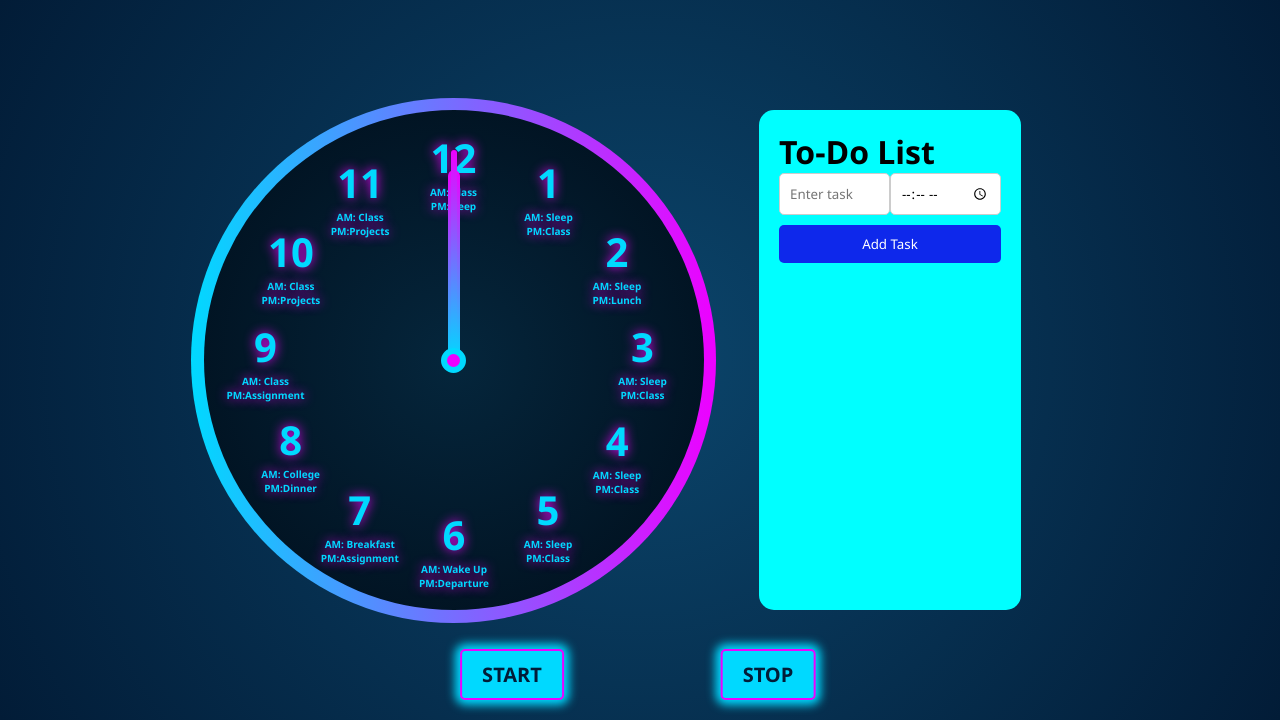
Repository: Suryansh-D/Cool-Clock
Page: index.html
An editor plug-in stored every save of this project. The page is shown before and after the next save, followed by the edit.
The browser window is 1280 px wide. The pictures show the whole page.

Above is the page before, as saved 2024-01-30 18:42:47.

### index.html
<!DOCTYPE html>
<html>
<head>
    <title>Schedule Clock</title>
    <link rel="stylesheet" href="style.css">
</head>
<body>
    <div class="All">
    <div class="clock" id="clock">
        <div class="number" style="--n:1"><b>1 <p class="task">AM: Sleep<p class="task">PM:Class</p></p></b></div>
        <div class="number" style="--n:2"><b>2 <p class="task">AM: Sleep<p class="task">PM:Lunch</p></p></b></div>
        <div class="number" style="--n:3"><b>3 <p class="task">AM: Sleep<p class="task">PM:Class</p></p></b></div>
        <div class="number" style="--n:4"><b>4 <p class="task">AM: Sleep<p class="task">PM:Class</p></p></b></div>
        <div class="number" style="--n:5"><b>5 <p class="task">AM: Sleep<p class="task">PM:Class</p></p></b></div>
        <div class="number" style="--n:6"><b>6 <p class="task">AM: Wake Up<p class="task">PM:Departure</p></p></b></div>
        <div class="number" style="--n:7"><b>7 <p class="task">AM: Breakfast<p class="task">PM:Assignment</p></p></b></div>
        <div class="number" style="--n:8"><b>8 <p class="task">AM: College<p class="task">PM:Dinner</p></p></b></div>
        <div class="number" style="--n:9"><b>9 <p class="task">AM: Class<p class="task">PM:Assignment</p></p></b></div>
        <div class="number" style="--n:10"><b>10 <p class="task">AM: Class<p class="task">PM:Projects</p></p></b></div>
        <div class="number" style="--n:11"><b>11 <p class="task">AM: Class<p class="task">PM:Projects</p></p></b></div>
        <div class="number" style="--n:12"><b>12 <p class="task">AM: Class<p class="task">PM:Sleep</p></p></b></div>
        <div class="hour-hand" id="hour-hand"></div>
        <div class="minute-hand" id="minute-hand"></div>
        <div class="second-hand" id="second-hand"></div>
        <div class="center-dot"></div>
    </div>
    <button class="start-btn" id="start-btn"><b>START</b></button>
    <button class="stop-btn" id="stop-btn"><b>STOP</b></button>
    <!-- <button class="To-do" id="ToDobutton"><b>Make a To Do List</b></button> -->
    <div class="ToDoContainer" id="ToDoContainer">
        <h1>To-Do List</h1>
        <div class="entry">
        <input type="text" id="task-input" placeholder="Enter task" class="entertask">
        <input type="time" id="time-input" class="entertime"></div>
        <button onclick="addTask()" class="addtask">Add Task</button>
        <ul id="task-list">
        </ul>
        </div>
        </div>


      </div><script src="script.js"></script>
</body>
</html>

### style.css
*{
    margin: 0;
    padding: 0;
    box-sizing: border-box;
    font-family: 'Segoe UI', Tahoma, Geneva, Verdana, sans-serif;
}

body{
    display: flex;
    justify-content: center;
    align-items: center;
    height: 100vh;
    background: radial-gradient(circle,#0b456b, #021c37)
}
.clock{
    width: 500px;
    height: 500px;
    position: relative;
    background-color: lightgray;
    border-radius: 50%;
    display: flex;
    justify-content: center;
    align-items: center;
    background: radial-gradient(circle,#05263c , #000d1a);
}
.clock::before{
    content: "";
    position: absolute;
    width: 525px;
    height: 525px;
    border-radius: 50%;
    background:linear-gradient(to right, #00d9ff,#ee00ff);
    box-shadow: 0 0 0 15px 15px rgba(0,0,0,0.2);
    z-index: -1;

}
.number{
    transform: rotate(calc(30deg * var(--n)));
    position: absolute;
    text-align: center;
    inset: 20px;
    font-size: 40px;
    color:#00d9ff;
    text-shadow:0 0 12px #ee00ff;
}
.number b{
    transform: rotate(calc(-30deg * var(--n)));
    display: inline-block;
}

.center-dot{
    position: absolute;
    width: 25px;
    height: 25px;
    background-color: #ee00ff;
    border:6px solid #00d9ff;
    border-radius: 50%;
}

.hour-hand, .minute-hand, .second-hand{
    --rotate:0;
    position: absolute;
    left: 50%;
    bottom: 50%;
    transform: translate(-50%) rotate(calc(var(--rotate)*1deg));
    transform-origin: bottom;
    border-radius: 30px 30px 0 0;
}
.hour-hand{
   width:12px;
    height: 130px;
    background:linear-gradient(#00d9ff, #ee00ff );
}
.minute-hand{
    width:12px;
    height: 190px;
    background:linear-gradient(to top, #00d9ff, #ee00ff );
}
.second-hand{
    width: 6px;
    height: 210px;
    background:linear-gradient(to top, #00d9ff, #ee00ff );
}

.start-btn{
    position: absolute;
    bottom: 20px;
    left: 40%;
    transform: translateX(-50%);
    padding: 10px 20px;
    background-color: #00d9ff;
    border: 2px solid #ee00ff;
    border-radius: 5px;
    color: #021c37;
    font-size: 20px;
    font-weight: 500;
    cursor: pointer;
    transition: all 0.3s ease;
    box-shadow: 0 0 10px 5px #00d9ff;
}
.stop-btn{
    position: absolute;
    bottom: 20px;
    left: 60%;
    transform: translateX(-50%);
    padding: 10px 20px;
    background-color: #00d9ff;
    border: 2px solid #ee00ff;
    border-radius: 5px;
    color: #021c37;
    font-size: 20px;
    font-weight: 500;
    cursor: pointer;
    transition: all 0.3s ease;
    font-family:'Times New Roman', Times, serif;
    box-shadow: 0 0 10px 5px #00d9ff;
}
.task{
    font-size: 10px
}
.To-do{
    font-size: 20px;
    font-weight: 500;
    color: #00d9ff;
    text-shadow:0 0 12px #ee00ff;
    background-color: #021c37;

}

/* To do */

#task-list {
    list-style: none;
    padding: 0;
    margin: 0;
  }

  #task-list li {
    margin-bottom: 5px;
    padding: 10px;
    margin: 10px 0;
    background-color: #c742db;
    color: #fff;
    border-radius: 5px;
  }

  #task-list li button {
    float: right;
    background-color: transparent;
    border: none;
    cursor: pointer;
  }
  .ToDoContainer {
    width: 30%;
    height: ;
    max-width: 600px;
    margin: 0 auto;
    padding: 20px;
    background-color: aqua;
    border-radius: 15px;
  }
  .entertask{
    width: 100%;
    padding: 10px;
    border: 1px solid #ccc;
    border-radius: 5px;
    box-sizing: border-box;
    margin-bottom: 10px;
  }
  .entertime{
    width: 50%;
    padding: 10px;
    border: 1px solid #ccc;
    border-radius: 5px;
    box-sizing: border-box;
    margin-bottom: 10px;
  }
  .addtask{
    width: 100%;
    background-color: #0e28eb;
    color: #fff;
    padding: 10px;
    border: none;
    border-radius: 5px;
    cursor: pointer;
  }
  .entry{
    display: flex;
    justify-content: space-between;
  }
  .All{
  display:flex;
    justify-content: space-between;
  }

### script.js


const secondHand = document.getElementById('second-hand');
const minsHand = document.getElementById('minute-hand');
const hourHand = document.getElementById('hour-hand');
const startButton = document.getElementById('start-btn');
const stopButton = document.getElementById('stop-btn');
const ToDobutton = document.getElementById('ToDobutton');
const ToDoContainer = document.getElementById('ToDoContainer');
const Clock = document.getElementById('clock');


// ToDoContainer.style.display = 'none';
// ToDobutton.addEventListener('click', () => {
//     ToDoContainer.style.display = 'block';
//     Clock.style.display = 'none';
//     ToDobutton.innerHTML = 'View Clock';

// });
//  if(ToDobutton.innerHTML === 'View Clock'){
//     ToDoContainer.addEventListener('click', () => {
//     ToDoContainer.style.display = 'none';
//     Clock.style.display = 'block';
//     ToDobutton.innerHTML = 'View To Do List';});}




startButton.addEventListener('mouseenter', () => {
    startButton.style.backgroundColor = 'lightgreen';
}
);
startButton.addEventListener('mouseleave', () => {
    startButton.style.backgroundColor = 'skyblue'

}
);
stopButton.addEventListener('mouseenter', () => {
    stopButton.style.backgroundColor = 'red';
}
);
stopButton.addEventListener('mouseleave', () => {
    stopButton.style.backgroundColor = 'skyblue';
}
);
startButton.addEventListener('click', () => {
    startButton.style.display = 'none';
    stopButton.style.display = 'inline-block';
    clockTick();
}
);

stopButton.addEventListener('click', () => {
    stopButton.style.display = 'none';
    startButton.style.display = 'inline-block';
}
);
function clockTick(){
    const date = new Date();
    const seconds = date.getSeconds()/60;
    const mins = (seconds + date.getMinutes())/60;
    const hours = (mins + date.getHours())/12;

    rotateClockHand(secondHand, seconds);
    rotateClockHand(minsHand, mins);
    rotateClockHand(hourHand, hours);
}

function rotateClockHand(element, rotation){
    element.style.setProperty('--rotate', rotation * 360);
}



let clockInterval;

function startClock() {
    clockInterval = setInterval(clockTick, 1000);
    console.log('start');
}

function stopClock() {
    clearInterval(clockInterval);
    console.log('stop');
}
startButton.addEventListener('click', startClock);
stopButton.addEventListener('click', stopClock);

// To Do

const taskInput = document.getElementById('task-input');
const timeInput = document.getElementById('time-input');
const taskList = document.getElementById('task-list');

function addTask() {
  const task = taskInput.value;
  const time = timeInput.value;

  if (task) {
    const listItem = document.createElement('li');
    listItem.textContent = task + ' - ' + time;
    const removeButton = document.createElement('button');
    removeButton.textContent = "Remove";
    removeButton.addEventListener('click', () => listItem.remove());
    listItem.appendChild(removeButton);
    taskList.appendChild(listItem);

    taskInput.value = '';
    timeInput.value = '';
  }
}

After the next save:
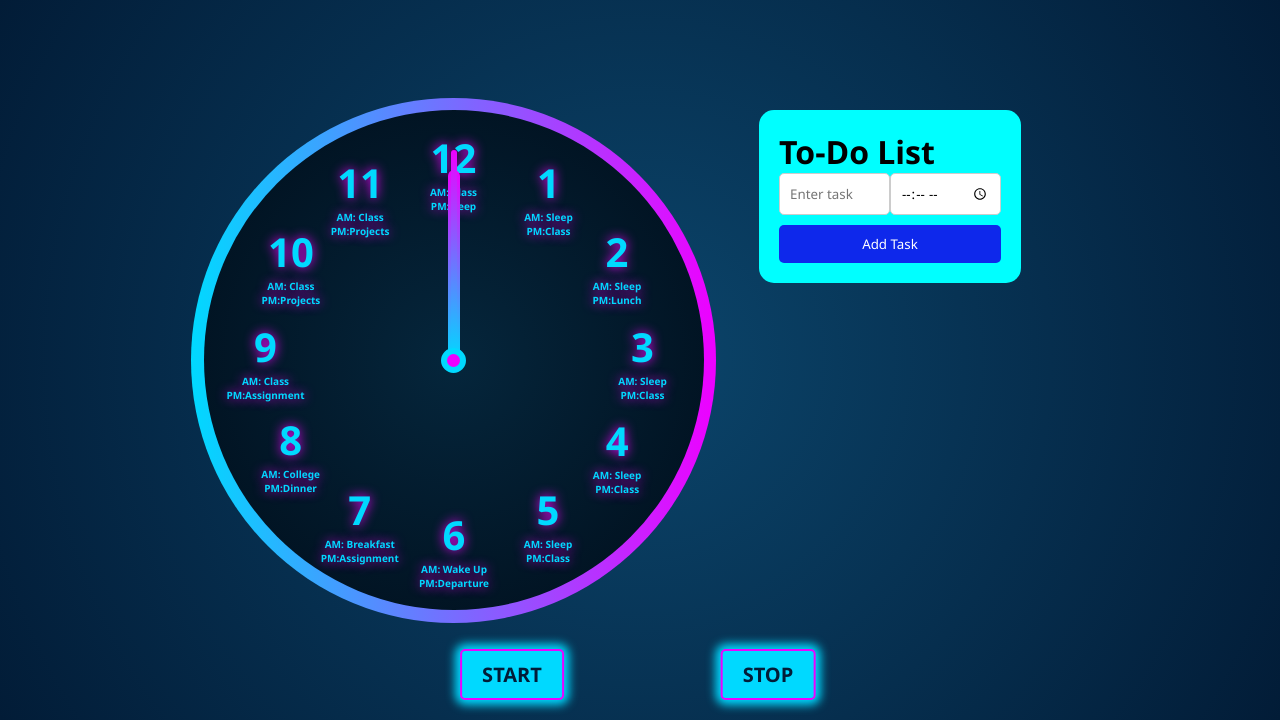
Saved 4 s later.
--- a/style.css
+++ b/style.css
@@ -152,7 +152,7 @@ body{
   }
   .ToDoContainer {
     width: 30%;
-    height: ;
+    height: 50%;
     max-width: 600px;
     margin: 0 auto;
     padding: 20px;
